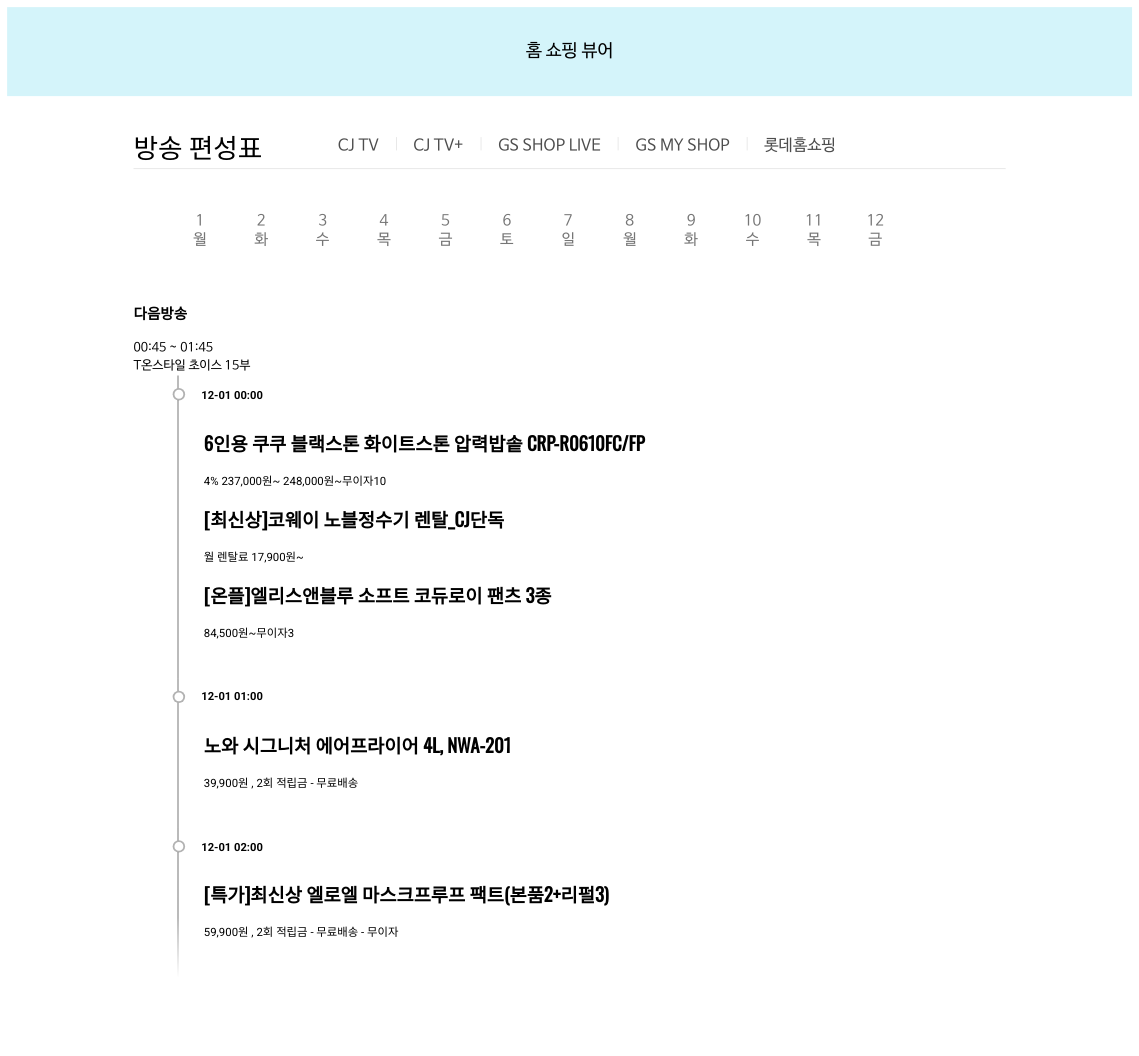
Repository: Kds010/HomeShopping
Page: http://localhost/index
An editor plug-in stored every save of this project. The page is shown before and after the next save, followed by the edit.
The browser window is 1280 px wide. The pictures show the whole page, at 89% of full size.
The page is this project's Thymeleaf template; nobody is signed in. The template is opened directly, without the code that normally fills it, so the values that code supplies are empty.

Above is the page before, as saved 2021-12-18 10:20:36.

After the next save:
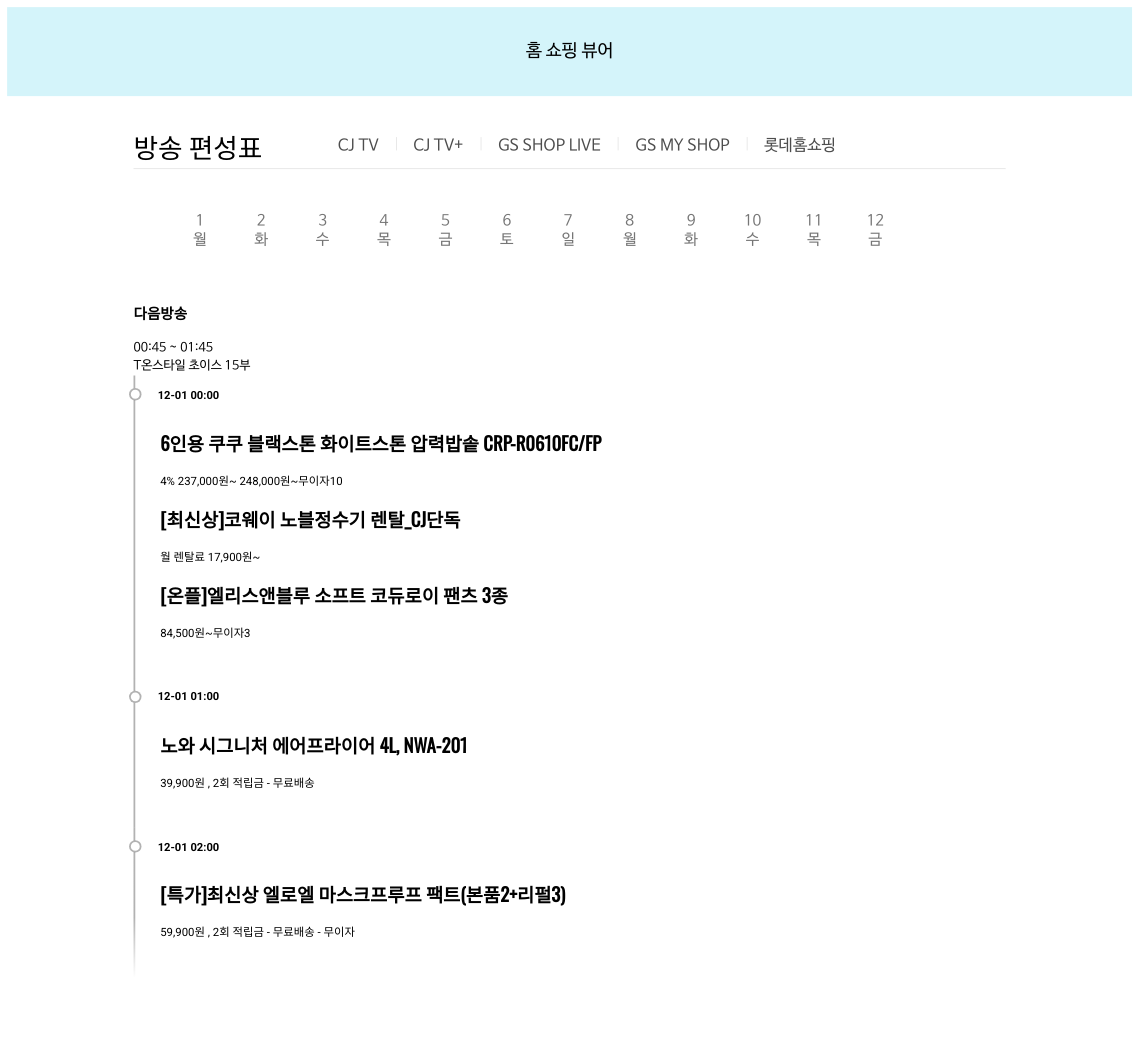
Saved 16 s later.
--- a/homeshopping/src/main/resources/templates/index.html
+++ b/homeshopping/src/main/resources/templates/index.html
@@ -82,7 +82,7 @@
 				</div>
 			</div>
 
-			<div class="container2">
+			<div class="cont-list">
 
 				<div class="timeline-item" date-is='12-01 00:00'>
 					<h2>6인용 쿠쿠 블랙스톤 화이트스톤 압력밥솥 CRP-R0610FC/FP</h2>
